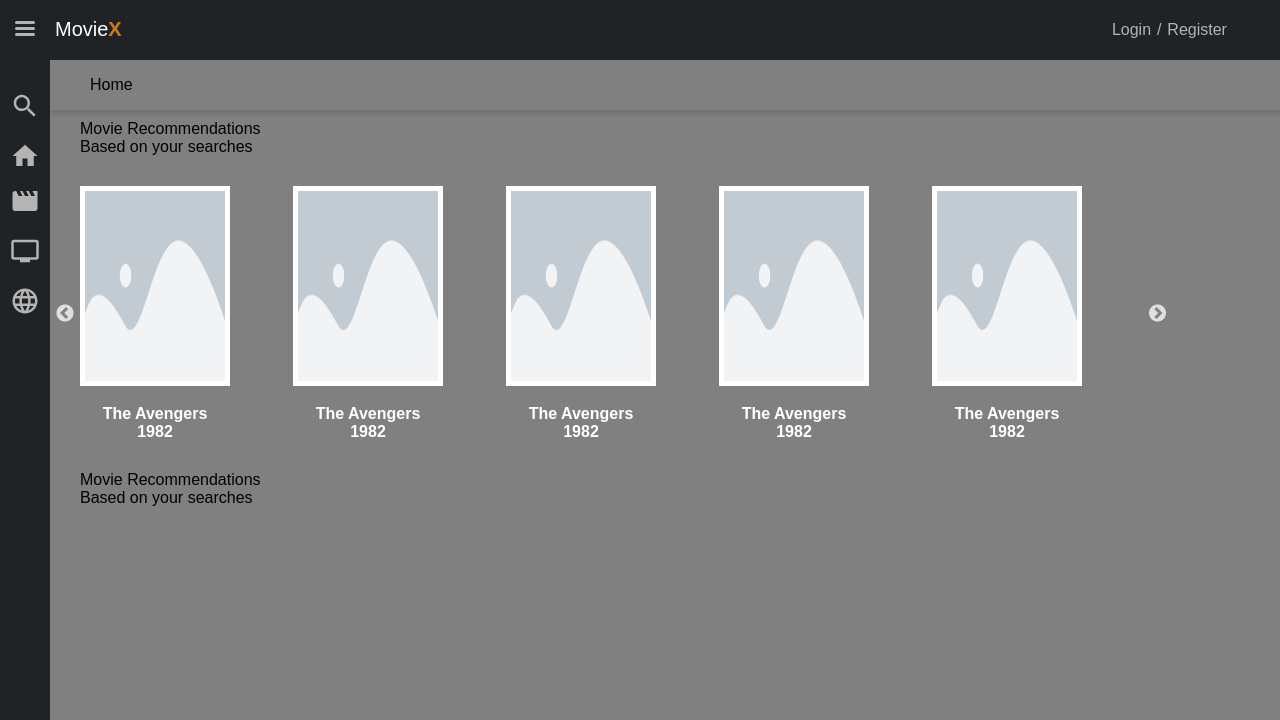
Repository: Amad-Mlinka/MovieTVBrowserNext
Page: /
The author's editor kept a copy of each file at every save. The page is drawn from the files as they stood at one save, then again after the next save.
The browser window is 1280 px wide. The pictures show the whole page.
The project was rebuilt for these pictures with package versions that can differ from the ones it lists, and the page was loaded fresh each time. The framework's server and built-in components were replaced by stand-ins that run in the browser. Also part of the build but not shown: next.config.js.

Above is the page before, as saved 2021-08-07 20:00:10.

### pages/_app.js
import Layout from '../components/layout/Layout'
import '../styles/globals.scss'


function MyApp({ Component, pageProps }) {
  return (
    <Layout>
      <Component {...pageProps} />
    </Layout>


  )
}

export default MyApp

### components/layout/Layout.tsx
import React, { useState } from 'react'
import Nav from '../nav/Nav'
import layoutStyles from "../../styles/Layout.module.scss"

const Layout = ({children}) => {
    const [sidebarOpen, setsidebarOpen] = useState(false)
    const [sidebarLock, setSidebarLock] = useState(false);
    const sidebarToggle = () => {
        setsidebarOpen(!sidebarOpen);
    }
    const sidebarLockToggle = () => {
        setSidebarLock(!sidebarLock);
    }
    return (
        <>
        <Nav sidebarOpen={sidebarOpen} setSidebarOpen={sidebarToggle} sidebarLock={sidebarLock} setSidebarLock={sidebarLockToggle}/>
        <main className={`${layoutStyles.main} ${sidebarOpen ? layoutStyles.hamburgerOpen : layoutStyles.hamburgerClose}`}>
            {children}
        </main>
        </>

    )
}

export default Layout

### styles/globals.scss
html, body {
  height: 100%;
}
body {
  background: #fff;
  padding: 0;
  margin: 0;
  font-family: 'Varela Round', sans-serif;
}

a {
  color: inherit;
  text-decoration: none;
}

* {
  box-sizing: border-box;
}

### styles/Home.module.scss
@import "general.scss";

.header {
  position: relative;
  display: flex;
  flex-direction: row;
  justify-content: flex-start;
}
.heading {
  position: fixed;
  width: 100%;
  align-items: center;
  box-shadow: 0 3px 6px 0 rgb(0 0 0 / 15%);
  color: black;
  display: flex;
  flex-shrink: 0;
  font-size: 16px;
  height: 50px;
  justify-content: space-between;
  padding-left: 40px;
  padding-right: 25px;
  z-index: 1;
}
.buffer {
  height: 50px;
  width: 100%;
  margin-bottom: 10px;
}
.content {
  padding-left: 30px;
}
.mediaList {
  margin: 30px 0px;
  width: 85%;
}
.media{
  margin-right: 10px;
  background: #8C8;
  counter-increment: gallery-cell;
  &:before {
    display: block;
    text-align: center;
    content: counter(gallery-cell);
    line-height: 200px;
    font-size: 80px;
    color: white;
  }
}

### components/mediaList/MediaList.tsx
import Head from 'next/head'

import homeStyles from '../../styles/Home.module.scss'
import Media from "./Media"

import "slick-carousel/slick/slick.css";
import "slick-carousel/slick/slick-theme.css";

import Slider from "react-slick";



const MediaList = () => {
    var settings = {
        dots: false,
        infinite: true,
        speed: 500,
        slidesToShow: 5,
        slidesToScroll: 1,
        responsive: [
            {
              breakpoint: 1024,
              settings: {
                slidesToShow: 3,
                slidesToScroll: 3,
                infinite: true,
                dots: true
              }
            },
            {
              breakpoint: 600,
              settings: {
                slidesToShow: 2,
                slidesToScroll: 2
              }
            },
            {
              breakpoint: 480,
              settings: {
                slidesToShow: 1,
                slidesToScroll: 1
              }
            }
            // You can unslick at a given breakpoint now by adding:
            // settings: "unslick"
            // instead of a settings object
          ]
      };
    return (
        <div className={homeStyles.mediaList}>
            <Slider {...settings}>
              <Media className={homeStyles.mediaItem} rating={3} title={"The Avengers"} year={"1982"} />
              <Media className={homeStyles.mediaItem} rating={3} title={"The Avengers"} year={"1982"} />
              <Media className={homeStyles.mediaItem} rating={3} title={"The Avengers"} year={"1982"} />
              <Media className={homeStyles.mediaItem} rating={3} title={"The Avengers"} year={"1982"} />
              <Media className={homeStyles.mediaItem} rating={3} title={"The Avengers"} year={"1982"} />
              <Media className={homeStyles.mediaItem} rating={3} title={"The Avengers"} year={"1982"} />
              <Media className={homeStyles.mediaItem} rating={3} title={"The Avengers"} year={"1982"} />
              <Media className={homeStyles.mediaItem} rating={3} title={"The Avengers"} year={"1982"} />
              <Media className={homeStyles.mediaItem} rating={3} title={"The Avengers"} year={"1982"} />
              <Media className={homeStyles.mediaItem} rating={3} title={"The Avengers"} year={"1982"} />
              <Media className={homeStyles.mediaItem} rating={3} title={"The Avengers"} year={"1982"} />
              <Media className={homeStyles.mediaItem} rating={3} title={"The Avengers"} year={"1982"} />
              <Media className={homeStyles.mediaItem} rating={3} title={"The Avengers"} year={"1982"} />
              <Media className={homeStyles.mediaItem} rating={3} title={"The Avengers"} year={"1982"} />
            </Slider>

          </div>
    )
}

export default MediaList

### components/nav/Nav.tsx
import React from 'react'
import Sidebar from '../sidebar/Sidebar'
import Navbar from '../navbar/Navbar';


const Nav = (props) => {

    return (
        <>
            <Navbar  sidebarOpen={props.sidebarOpen} setSidebarOpen={props.setSidebarOpen} sidebarLock={props.sidebarLock} setSidebarLock={props.setSidebarLock}/>
            <Sidebar sidebarOpen={props.sidebarOpen} setSidebarOpen={props.setSidebarOpen} sidebarLock={props.sidebarLock}/>
        </>
    )
}

export default Nav

### styles/Layout.module.scss
@import "general.scss";

.main{
    position: fixed;;
    top: 60px;
    transition: all .5s ease;
    width: 100%;
    height: 100%;
    background: gray;
    overflow: auto;

}

.hamburgerClose{
    left: 50px;
    transition: all .5s ease;
}

.hamburgerOpen{
    left: 250px;
}

### styles/general.scss
@import "variables.scss";
.dNone{
    display: none !important;
}
.dBlock{
    display: block !important;
}

### styles/variables.scss
$base-color:#1f2326;
$secondary-color:#cb7c17;
$tertiary-color:#b4b4b4;

@mixin breakpoint($point) {
    @if $point == min-desktop {
      @media (min-width: 993px) { @content ; }
   }
    @else if $point == min-laptop {
      @media (min-width: 769px) { @content ; }
   }
     @else if $point == min-tablet {
      @media (min-width: 361px) { @content ; }
   }
   @else if $point == min-mobile {
      @media (min-width: 0px)  { @content ; }

   }@else if $point == max-desktop {
      @media (max-width: 1200px) { @content ; }

   }@else if $point == max-laptop {
      @media (max-width: 992px) { @content ; }
   }
     @else if $point == max-tablet {
      @media (max-width: 768px) { @content ; }
   }
   @else if $point == max-mobile {
      @media (max-width: 360px)  { @content ; }

   }
 }

### components/mediaList/Media.tsx
import React from 'react'

import mediaStyles from "../../styles/Media.module.scss"
import placeholder from "../../public/placeholder.png"
import { Button, Rating } from '@material-ui/core'
import Image from 'next/image'

const Media = (props) => {
    return (
        <>
            <div className={mediaStyles.media}>
              <div className={mediaStyles.mediaContainer}>
                <div className={mediaStyles.mediaImageContainer}>
                  <Image className={mediaStyles.mediaImage} src={props.image || placeholder} height="200" width="150" />
                </div>
                <div className={mediaStyles.mediaOverlay}>
                  <div className={mediaStyles.mediaRating}>
                    <Rating value={props.rating}></Rating>
                    <span className={`${mediaStyles.mediaRatingText} ${mediaStyles.mediaOverlayItem}`}> {props.rating}/5</span>
                  </div>
                  <div className={`${mediaStyles.mediaGenre} ${mediaStyles.mediaOverlayItem}`}>
                    <span className={`${mediaStyles.mediaGenreText}`}> Drama</span>
                  </div>
                  <div className={`${mediaStyles.mediaDetails} ${mediaStyles.mediaOverlayItem}`}>
                    <Button variant="contained" color="success">
                      Details
                    </Button>
                  </div>
                </div>
              </div>
              <div className={mediaStyles.mediaInfo}>
                <div className={mediaStyles.mediaTitle}>
                  <span className={mediaStyles.mediaTitleText}> {props.title}</span>
                </div>
                <div className={mediaStyles.mediaYear}>
                  <span className={mediaStyles.mediaYearText}> {props.year}</span>
                </div>
              </div>
            </div>
        </>
    )
}

export default Media

### components/sidebar/Sidebar.tsx
/*Imports */
import React, { useState } from 'react'

/*Material components*/
import SidebarLink from "./SidebarLink"


/*Icons*/
import HomeIcon from '@material-ui/icons/Home';
import SearchIcon from '@material-ui/icons/Search';
import MovieIcon from '@material-ui/icons/Movie';
import TvIcon from '@material-ui/icons/Tv';
import LanguageIcon from '@material-ui/icons/Language';
import KeyboardArrowDownIcon from '@material-ui/icons/KeyboardArrowDown';

/*Import Plugins*/
import $ from "jquery"


/*Styles*/
import sidebarStyles from "../../styles/Sidebar.module.scss"


const Sidebar = (props) => {
    const tvDropdown = {
        History: "link",
        Recomendations: "link",
        Bla: "bla"
    }
    const movieDropdown = {
        History: "link",
        Recomendations: "link",
        Bla: "bla"

    }
    const languageDropdown = {
        English: "hi",
        Bosnian: "zdravo"
    }
    return (
        <div className={`${sidebarStyles.sidebar} ${props.sidebarOpen ? sidebarStyles.sidebarActive : ""}`}
        onMouseEnter={()=>{
            if(!props.sidebarOpen && props.sidebarLock){
                props.setSidebarOpen(!props.sidebarOpen);
            }
        }}
        onMouseLeave={() => {
            if(props.sidebarOpen && props.sidebarLock){
                props.setSidebarOpen(!props.sidebarOpen);
            }
        }}
        >

            <div className={sidebarStyles.sidebarMenu}>
                <ul className={`${sidebarStyles.sidebarList}`}>
                    <SidebarLink type="search" sidebarOpen={props.sidebarOpen} />

                    <SidebarLink type="singleLink" text="Home" icon={<HomeIcon/>} sidebarOpen={props.sidebarOpen}  />

                    <SidebarLink type="dropdown" text="Movies" icon={<MovieIcon/>} sidebarOpen={props.sidebarOpen} dropdownLinks ={movieDropdown}/>

                    <SidebarLink type="dropdown" text="TV Shows" icon={<TvIcon/>} sidebarOpen={props.sidebarOpen} dropdownLinks ={tvDropdown}/>

                    <SidebarLink type="dropdown" text="Languages" icon={<LanguageIcon/>} sidebarOpen={props.sidebarOpen} dropdownLinks ={languageDropdown}/>

                </ul>
            </div>

        </div>
    )
}

export default Sidebar

### components/navbar/Navbar.tsx
/*Imports */
import React from 'react'

/*Material components*/
import Avatar from '@material-ui/core/Avatar';

/*Icons*/

/*Import Plugins*/


/*Styles*/
import navStyles from "../../styles/Navbar.module.scss"

const Navbar = (props) => {
    return (
        <header className={navStyles.header}>
        <div className={navStyles.left}>
            <div className={navStyles.hamburgerLogo}>
                <div className={navStyles.hamburger} onClick={()=>{
                        props.setSidebarOpen(!props.sidebarOpen);
                        props.setSidebarLock(!props.sidebarLock);

                    }}>
                    <div className={`${navStyles.spinner} ${navStyles.diagonal} ${props.sidebarOpen ? navStyles.part1Active : ""}`}></div>
                    <div className={`${navStyles.spinner} ${navStyles.horizontal} ${props.sidebarOpen ? navStyles.horizontalActive : ""}`}></div>
                    <div className={`${navStyles.spinner} ${navStyles.diagonal} ${props.sidebarOpen ? navStyles.part2Active : ""}`}></div>
                </div>
                <div data-end="X" className={navStyles.logo}>
                    <span>Movie</span>
                </div>
            </div>


        </div>
        <div className={navStyles.right}>
            <div className={navStyles.profile}>
                <div className={`${navStyles.loggedIn} ${navStyles.dNone} `}>

                    <Avatar className={navStyles.avatar} alt="Amad Mlinaric"> AM </Avatar>
                </div>
                <div className={`${navStyles.notLoggedIn} `}>
                    <div className={navStyles.loginRegister}>
                        <div className={navStyles.login}>
                            <span>Login</span>
                        </div>
                        <span>/</span>
                        <div className={navStyles.register}>
                            <span>Register</span>
                        </div>
                    </div>
                </div>
            </div>
        </div>

    </header>
    )
}

export default Navbar

### styles/Media.module.scss
@import "general.scss";

.media {
    width: fit-content;
    height: fit-content;

  }

  .mediaContainer {
    position: relative;
    overflow: hidden;
    &:hover {
        cursor: pointer;
      .mediaOverlay {
        animation: fadeInUp .5s ease-in-out;
        animation-fill-mode: forwards;
      }
    }
  }
  .mediaImage{
    border: 5px solid white !important;

  }

  .mediaOverlay {
    position: absolute;
    opacity: 0;
    top: 0px;
    width: 100%;
    height: 100%;
    display: flex;
    flex-direction: column;
    justify-content: center;
    align-items: center;
  }
  .mediaOverlayItem {
    margin: 10px 0px;
  }
  .mediaRating {
    display: flex;
    flex-direction: column;
    justify-content: center;
    align-items: center;
  }
  .mediaImageContainer{
    max-height: 210px;
    margin-bottom: 15px;
  }

  .mediaInfo{
    color: white;
    display: flex;
    flex-direction: column;
    align-items: center;
    font-weight: 700;
  }

  @keyframes fadeInUp {
    from {
        transform: translate3d(0, 40px, 0);
        opacity: 0;
    }

    to {
        transform: translate3d(0, 0, 0);
        opacity: 1;
    }
  }

### components/sidebar/SidebarLink.tsx
/*Imports */
import React, { useEffect, useState } from 'react'

/*Material components*/


/*Icons*/
import HomeIcon from '@material-ui/icons/Home';
import SearchIcon from '@material-ui/icons/Search';
import MovieIcon from '@material-ui/icons/Movie';
import TvIcon from '@material-ui/icons/Tv';
import LanguageIcon from '@material-ui/icons/Language';
import KeyboardArrowDownIcon from '@material-ui/icons/KeyboardArrowDown';

/*Import Plugins*/
import $ from "jquery"


/*Styles*/
import sidebarStyles from "../../styles/Sidebar.module.scss"



const SidebarLink = (props) => {
    const types = ["search", "singleLink", "dropdown"]
    const [open, setOpen] = useState(false);
    useEffect(() => {
        setOpen(false);
    }, [props.sidebarOpen])
    return (
        <>
            {
                props.type === types[0] ?
                    <li className={`${sidebarStyles.sidebarLink} ${sidebarStyles.sidebarSearch} ${props.sidebarOpen ? sidebarStyles.sidebarSearchActive : ""}`}>
                        <div className={` ${sidebarStyles.searchContainer}`} >
                            <SearchIcon className={sidebarStyles.searchIcon} />
                            <input type="search" name="searchBar" className={`${sidebarStyles.searchBar} ${!props.sidebarOpen ? sidebarStyles.searchBarClosed : ""}`} ></input>
                        </div>
                    </li>
                    :
                    props.type === types[1] ?
                        <li className={sidebarStyles.sidebarLink}>
                            <div className={sidebarStyles.sidebarLinkMain}>
                                {props.icon}
                                <span className={`${sidebarStyles.sidebarText}  ${props.sidebarOpen ? sidebarStyles.sidebarTextActive : ""}`}>{props.text}</span>
                            </div>
                        </li>
                        :
                        <li className={sidebarStyles.sidebarLink} onClick={() => {
                            setOpen(!open)
                        }
                        }>
                            <div className={sidebarStyles.sidebarLinkMain}>
                                {props.icon}
                                <span className={`${sidebarStyles.sidebarText}  ${props.sidebarOpen ? sidebarStyles.sidebarTextActive : ""}`}>{props.text}</span>
                                <KeyboardArrowDownIcon />
                            </div>
                            <div className={`${sidebarStyles.sidebarDropdown} ${open ? sidebarStyles.open : ""}`}>
                                <ul className={`${sidebarStyles.sidebarDropdownLinks}  `}>
                                    {
                                        Object.entries(props.dropdownLinks).map(([name, link]) => (
                                            <li className={sidebarStyles.sidebarDropdownLink} key={name}>{name}</li>
                                        ))

                                    }
                                </ul>
                            </div>
                        </li>
            }
        </>


    )
}

export default SidebarLink

### styles/Sidebar.module.scss
@import "general.scss";
.sidebar {
    position: fixed;
    top: 60px;
    width: 50px;
    height: 100%;
    transition: width 0.5s;
    background: $base-color;
    display: flex;
    flex-direction: column;
    overflow: hidden;
    z-index: 2;
}
.sidebarActive {
    width: 100%;
}

.sidebarList {
    list-style-type: none;
    padding: 0;
    width: 100%;

    .sidebarLink {
        height: fit-content;
        min-height: 50px;
        display: flex;
        flex-direction: column;
        position: relative;
        justify-content: center;
        padding-top: 10px;
        width: 200px;
        &:hover {
            cursor: pointer;
            background: rgba($color: $tertiary-color, $alpha: 0.1);
        }
    }
    .sidebarLinkMain {
        display: flex;
        align-items: center;

    }
    .sidebarText {
        margin-left: 20px;
        color: $tertiary-color;
        width: 100px;
        max-height: 19px;
        min-width: 79px;
        font-weight: bold;
    }
    svg {
        color: $tertiary-color;
        font-size: 30px;
        margin-left: 10px;
    }
    .dropdownIcon {
        font-size: 40px !important;
        &:hover {
            border-radius: 50%;
            border: 0px solid $tertiary-color;
            background: rgba($color: $tertiary-color, $alpha: 0.1);
        }
    }
    .sidebarDropdown {
        position: relative;
        margin-left: 10px;
        max-height: 0;
        transition: max-height 0.35s ease-out;
        overflow: hidden;
        margin-top: 10px;
        .sidebarDropdownLinks {
            list-style: none;
            .sidebarDropdownLink {
                color: $tertiary-color;
                height: 30px;
                font-size: 15px;
            }
        }
    }
    .open {
        max-height: 500px;
        transition: max-height 0.35s ease-in;
    }
}
.sidebarSearch {
    margin-left: 0;
    transition: all 0.5s;
}
.sidebarSearchActive {
    margin-left: 10px;
    width: 100% !important;
    display: flex;
    justify-content: center;
    align-items: center;
    &:hover {
        cursor: pointer;
        background: rgba($color:transparent, $alpha: 0.1) !important;
    }
}
.search {
    background: $base-color;
    width: 100%;
    display: flex;
    flex-direction: column;
    justify-content: center;
    align-items: center;
    visibility: hidden;
}
.searchActive {
    visibility: visible !important;
}
.searchContainer {
    width: 80%;
    display: flex;
    align-items: center;
}
.searchIcon {
    position: absolute;
    color: #b4b4b4;
    opacity: 100 !important;
}

.searchBar {
    width: 100%;
    background: #303437;
    border: 0;
    height: 40px;
    border-radius: 5px;
    padding-left: 45px;
    caret-color: black;
    transition: all 0.3s ease-in-out;
    visibility: visible;
    opacity: 100;
    &:focus {
        background: white;
        outline: none;
    }

}
.searchBarClosed{
    visibility: hidden;
    opacity: 0;
}

@include breakpoint(min-tablet) {
    .sidebarSearchActive {
        margin-left: 10px;
        width: 100% !important;
        display: flex;
        justify-content: flex-start;
        align-items: flex-start;
        &:hover{
            background: transparent;
        }
    }
    .sidebarActive {
        width: 250px;
    }
}

Loaded but not shown: pages/index.js (45 lines, source omitted); styles/Navbar.module.scss (187 lines, source omitted)

After the next save:
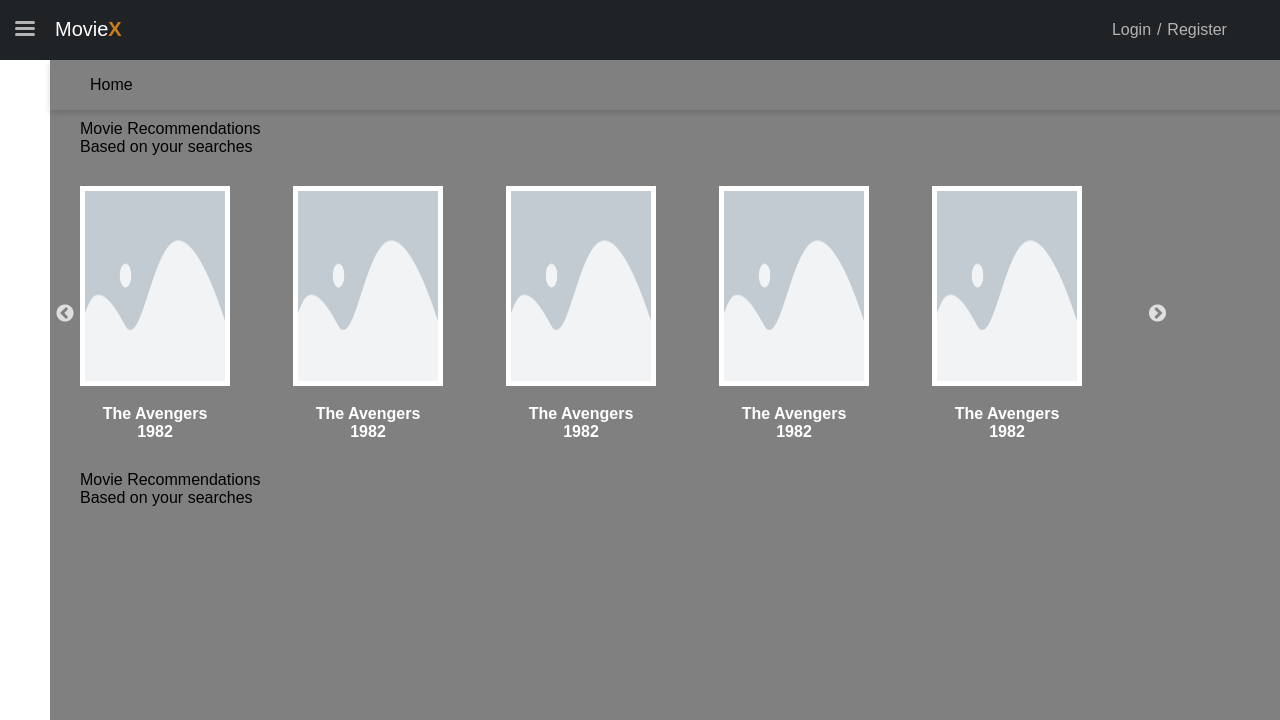
Saved 74 s later.
--- a/styles/Sidebar.module.scss
+++ b/styles/Sidebar.module.scss
@@ -10,6 +10,7 @@
     flex-direction: column;
     overflow: hidden;
     z-index: 2;
+    visibility: hidden;
 }
 .sidebarActive {
     width: 100%;

After the save that followed:
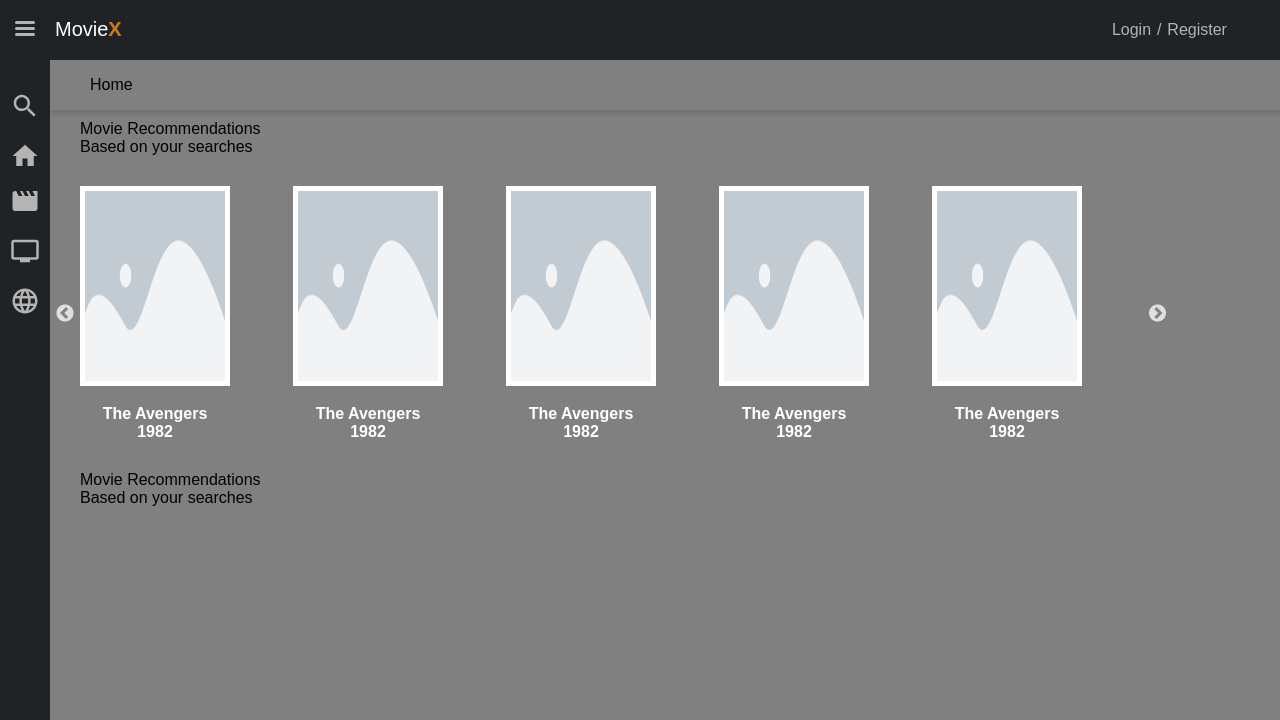
Saved 4 min 55 s later.
--- a/styles/Sidebar.module.scss
+++ b/styles/Sidebar.module.scss
@@ -10,7 +10,7 @@
     flex-direction: column;
     overflow: hidden;
     z-index: 2;
-    visibility: hidden;
+    //visibility: hidden;
 }
 .sidebarActive {
     width: 100%;
